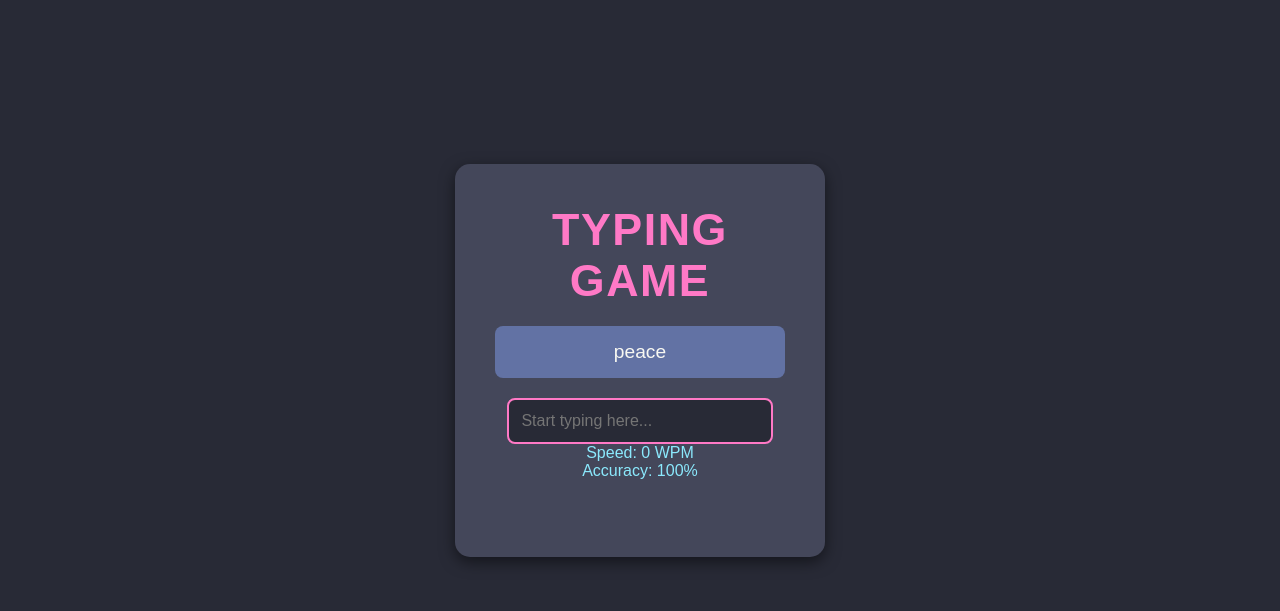
Repository: AlaaYou/Typing-Speed-Game
Page: index.html
An editor plug-in stored every save of this project. The page is shown before and after the next save, followed by the edit.
The browser window is 1280 px wide. The pictures show the whole page.

Above is the page before, as saved 2024-10-21 00:24:04.

### index.html
<!DOCTYPE html>
<html lang="en">
  <head>
    <meta charset="UTF-8" />
    <meta name="viewport" content="width=device-width, initial-scale=1.0" />
    <title>Typing Game</title>
    <link rel="stylesheet" href="styles.css" />
  </head>
  <body>
    <div id="game-container">
      <h1>Typing Game</h1>
      <p id="text-to-type">Here will be the text the user needs to type...</p>
      <input type="text" id="typing-input" placeholder="Start typing here..." />
      <div id="feedback">
        <p>Speed: <span id="speed">0</span> WPM</p>
        <p>Accuracy: <span id="accuracy">100</span>%</p>
      </div>
      <div id="message-area"></div>
    </div>
    <script src="script.js"></script>
  </body>
</html>

### styles.css
* {
  margin: 0;
  padding: 0;
  box-sizing: border-box;
}

body,
html {
  font-family: "Poppins", sans-serif;
  display: flex;
  justify-content: center;
  align-items: center;
  height: 100vh;
  background-color: #282a36;
  color: #f8f8f2;
}

#game-container {
  padding: 40px;
  border-radius: 15px;
  background: #44475a;
  box-shadow: 0 5px 15px rgba(0, 0, 0, 0.5);
  width: 90%;
  max-width: 700px;
  text-align: center;
}

@keyframes colorChange {
  0% { color: #ff79c6; }    /* Starting color */
  25% { color: #50fa7b; }   /* Change to green */
  50% { color: #f1fa8c; }   /* Change to yellow */
  75% { color: #ffb86c; }   /* Change to orange */
  100% { color: #ff79c6; }  /* Back to starting color */
}

h1 {
  animation: colorChange 5s infinite; /* Change color every 5 seconds */
  margin-bottom: 20px;
  font-size: 2.8rem;
  text-transform: uppercase;
  letter-spacing: 1.5px;
}

#text-to-type {
  margin: 20px 0;
  padding: 15px;
  border-radius: 8px;
  background-color: #6272a4;
  font-size: 1.2rem;
  animation: fadeIn 1s ease-out forwards;
}

@keyframes fadeIn {
  from {
    opacity: 0;
    transform: translateY(-20px);
  }
  to {
    opacity: 1;
    transform: translateY(0);
  }
}

#typing-input {
  width: calc(100% - 24px);
  padding: 12px;
  border: 2px solid #ff79c6;
  border-radius: 8px;
  background-color: #282a36;
  color: #f8f8f2;
  font-size: 1rem;
  transition: border-color 0.3s;
}

#typing-input:focus {
  outline: none;
  border-color: #50fa7b;
}

#feedback p {
  font-size: 1rem;
  color: #8be9fd;
}

.correct {
  color: #50fa7b;
}

.incorrect {
  color: #ff5555;
  text-decoration: line-through;
}

#message-area {
  font-weight: bold;
  min-height: 22px;
  color: #ffb86c;
  margin-top: 15px;
}

/* Responsive adjustments */
@media (max-width: 600px) {
  h1 {
    font-size: 2rem;
  }

  #text-to-type,
  #typing-input {
    font-size: 1rem;
  }
}

### script.js
document.addEventListener("DOMContentLoaded", () => {
  const textToTypeElement = document.getElementById("text-to-type");
  const typingInputElement = document.getElementById("typing-input");
  const speedElement = document.getElementById("speed");
  const accuracyElement = document.getElementById("accuracy");

  //Text to display
  const sampleTexts = ["apple", "ocean", "dream", "light", "friend",
  "music", "forest", "journey", "magic", "time",
  "sunshine", "whisper", "adventure", "river", "harmony",
  "inspire", "travel", "mountain", "candle", "soul",
  "freedom", "laughter", "echo", "star", "courage",
  "peace", "wildflower", "heartbeat", "cloud", "wisdom",
  "sunset", "echo", "serenity", "joy", "wonder"];

  let currentIndex = 0;
  let startTime = new Date();
  let errors = 0;


  function initializeGame() {
    const text = sampleTexts[Math.floor(Math.random() * sampleTexts.length)];
    textToTypeElement.textContent = text;
    typingInputElement.value = "";
    currentIndex = 0;
    startTime = new Date();
    errors = 0;

    updateFeedback();
  }

  function updateFeedback() {
    const currentTime = new Date();
    const elapsedTime = (currentTime - startTime) / 60000;
    if (elapsedTime <= 0) {
      speedElement.textContent = 0;
    } else {
      const wordsTyped = typingInputElement.value.trim().split(/\s+/).length;
      const speed = Math.round(wordsTyped / elapsedTime);
      speedElement.textContent = speed;
    }
    //cal accurracy
    const accuracy =
      currentIndex > 0
        ? Math.round(((currentIndex - errors) / currentIndex) * 100)
        : 100;
    accuracyElement.textContent = accuracy;
  }

  function checkCharacter(inputChar, targetChar) {
    if (inputChar !== targetChar) {
      errors++;
      //play error sound
      new Audio("/error.mp3").play();
      return false;
    } else {
      return true;
    }
  }

  function displayMessage(message) {
    const messageArea = document.getElementById("message-area");
    messageArea.textContent = message;
    setTimeout(() => {
      messageArea.textContent = "";
    }, 3000);
  }

  typingInputElement.addEventListener("input", (e) => {
    const typedText = typingInputElement.value;
    const targetText = textToTypeElement.textContent;
    if (currentIndex < targetText.length) {
      const isCorrect = checkCharacter(
        typedText[currentIndex],
        targetText[currentIndex]
      );

      textToTypeElement.innerHTML =
        targetText.substring(0, currentIndex) +
        `<span class='${isCorrect ? "correct" : "incorrect"}'>${
          targetText[currentIndex]
        }</span>` +
        targetText.substring(currentIndex + 1);
      currentIndex++;
      if (currentIndex === targetText.length) {
        displayMessage("Text completed starting a new one.");
        initializeGame();
      }
    }

    updateFeedback();
  });

  initializeGame();
});

After the next save:
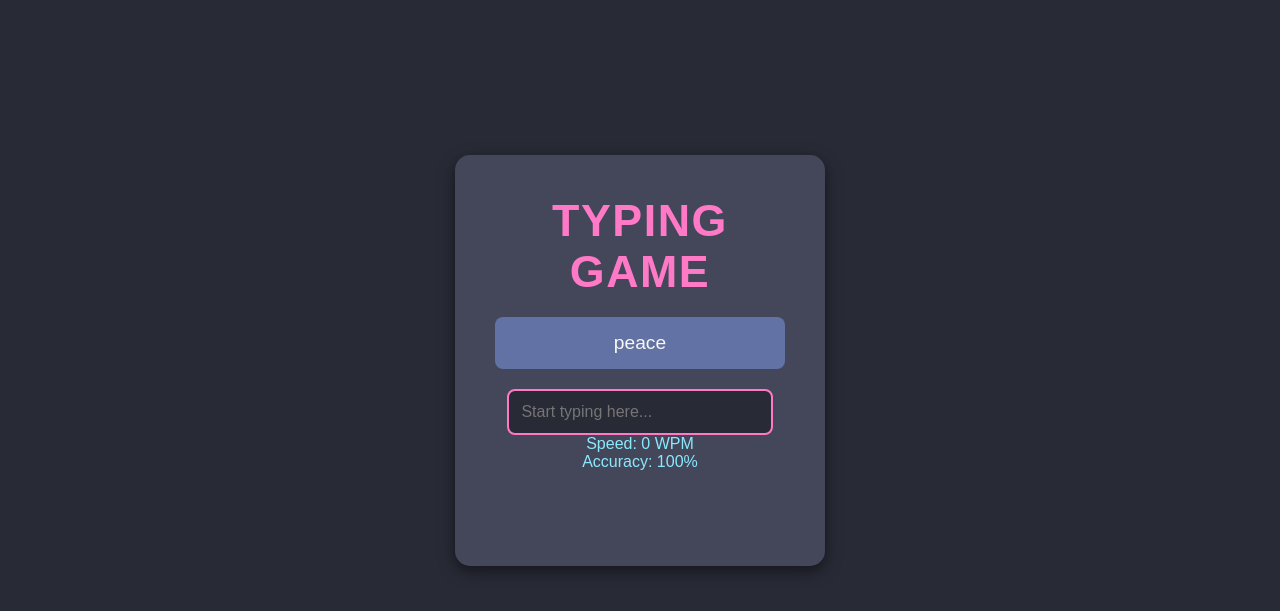
Saved 23 s later.
--- a/index.html
+++ b/index.html
@@ -14,7 +14,7 @@
       <div id="feedback">
         <p>Speed: <span id="speed">0</span> WPM</p>
         <p>Accuracy: <span id="accuracy">100</span>%</p>
-      </div>
+      </div><br>
       <div id="message-area"></div>
     </div>
     <script src="script.js"></script>

After the save that followed:
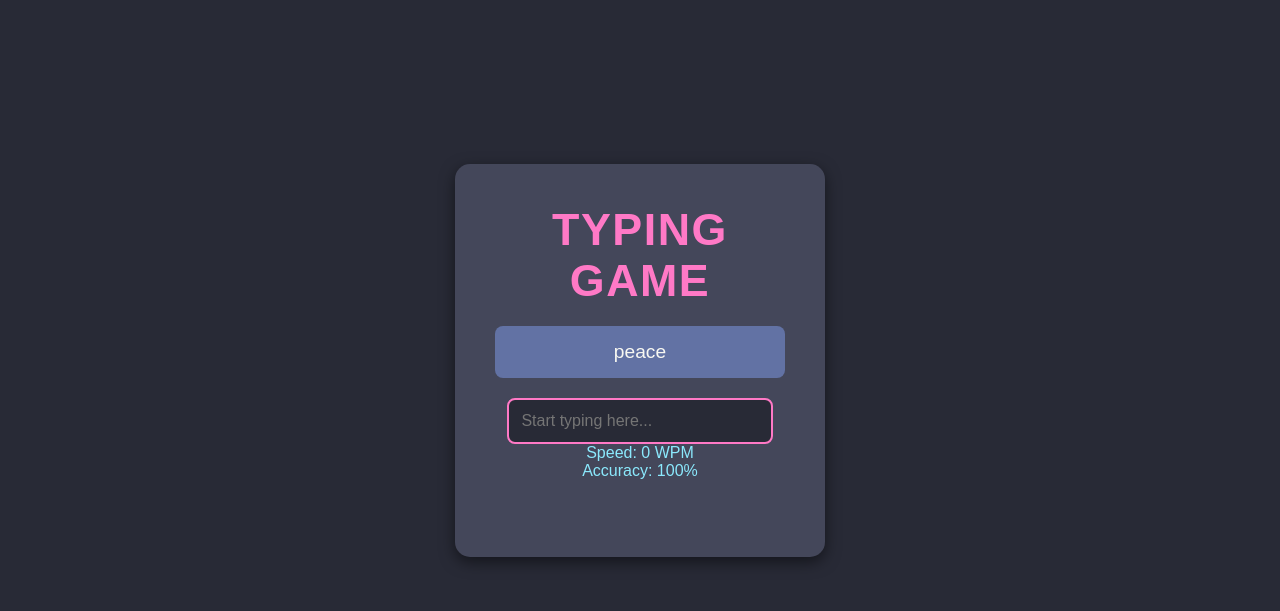
Saved 4 s later.
--- a/index.html
+++ b/index.html
@@ -14,7 +14,7 @@
       <div id="feedback">
         <p>Speed: <span id="speed">0</span> WPM</p>
         <p>Accuracy: <span id="accuracy">100</span>%</p>
-      </div><br>
+      </div>
       <div id="message-area"></div>
     </div>
     <script src="script.js"></script>
